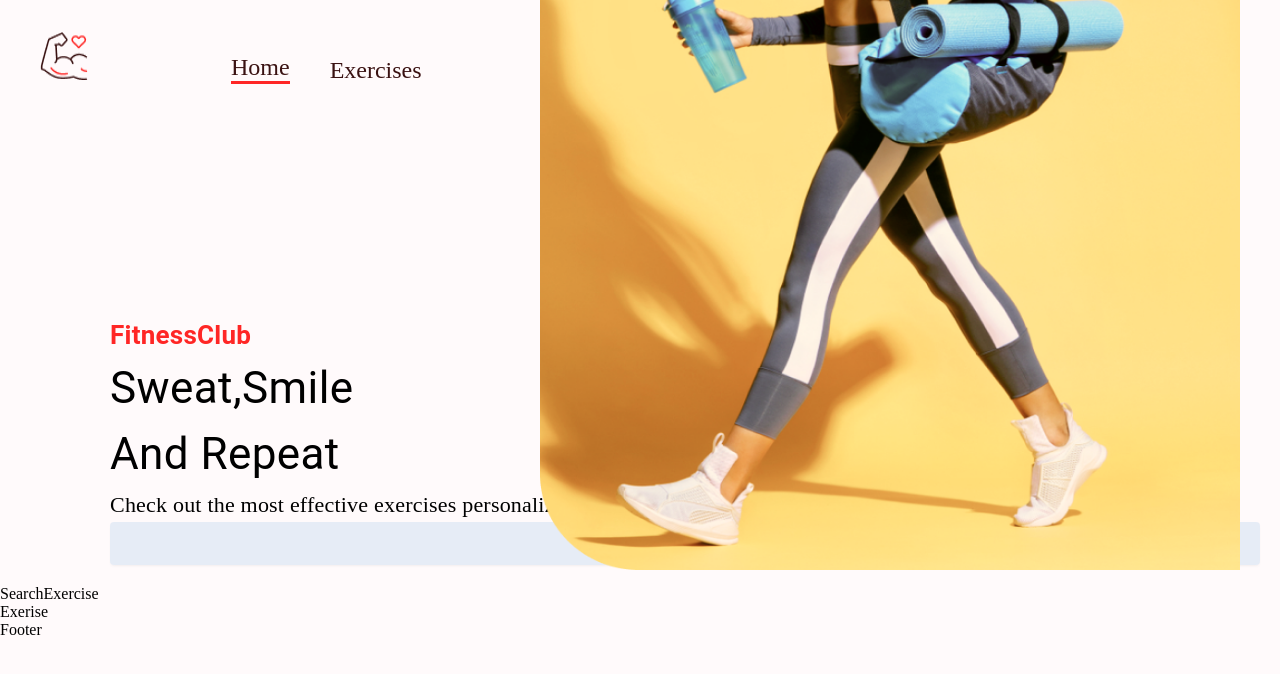
Repository: OmniaRafat232111121/Fitness
Page: /
An editor plug-in stored every save of this project. The page is shown before and after a run of saves, followed by the edit.
The browser window is 1280 px wide. The pictures show the whole page.
The project was rebuilt for these pictures with package versions that can differ from the ones it lists, and the page was loaded fresh each time. Also part of the build but not shown: src/Pags/ExerciseDetail.js.

Above is the page before, as saved 2022-07-14 00:48:40.

### src/index.js
import React from 'react';
import ReactDOM from 'react-dom/client';
import {
  BrowserRouter,

} from 'react-router-dom';
import App from './App';


const root = ReactDOM.createRoot(document.getElementById('root'));
root.render(
  <BrowserRouter >
  <App />
  </BrowserRouter>


);

### src/App.js
import React from 'react'
import {Route,Routes} from"react-router-dom"
import {Box} from'@mui/material'
import './App.css'
import Navbar from './components/Navbar'
import Home from './Pags/Home'
import ExerciseDetail from './Pags/ExerciseDetail'
import Footer from './components/Footer'
const App = () => {
  return (
<Box width ="400px" sx={{width:{xl:'1488px'}}} m="auto">
<Navbar />
<Routes>
<Route path="/"  element={<Home/>}/>
<Route path="/exercise:id"  element={<ExerciseDetail />}/>
</Routes>
<Footer />
</Box>
  )
}

export default App

### src/components/Navbar.js
import React from 'react'
import {Link} from 'react-router-dom'
import {Stack} from '@mui/material'
import Logo from '../assets/images/Logo.png'
const Navbar = () => (

    <Stack direction="row" justifyContent="space-around" sx={{ gap: { sm: '123px', xs: '40px' }, mt: { sm: '32px', xs: '20px' }, justifyContent: 'none' }} px="20px">
    <Link to="/">
      <img src={Logo} alt="logo" style={{ width: '48px', height: '48px', margin: '0px 20px' }} />
    </Link>
    <Stack
      direction="row"
      gap="40px"
      fontFamily="Alegreya"
      fontSize="24px"
      alignItems="flex-end"
    >
      <Link to="/" style={{ textDecoration: 'none', color: '#3A1212', borderBottom: '3px solid #FF2625' }}>Home</Link>
      <a href="#exercises" style={{ textDecoration: 'none', color: '#3A1212' }}>Exercises</a>
    </Stack>
  </Stack>
  );


export default Navbar

### src/Pags/Home.js
import React from 'react'
import {Box} from '@mui/material'
import HeroBanner from '../components/HeroBanner'
import SearchExercise from '../components/SearchExercise'
import Exerise from '../components/Exerise'
const Home = () => {
  return (
  <Box>
  <HeroBanner />
   <SearchExercise />
   <Exerise />
  </Box>
  );
}

export default Home

### src/components/HeroBanner.js
import React from 'react'
import {Box,Stack,Typography,Button} from '@mui/material'
import HeroBannerImage from  '../assets/images/banner.png'
const HeroBanner = () => {
  return (
   <Box sx={{
    mt:{lg:'212px',xs:'70px'},
    ml:{sm:'90px'}
   }} position="realtive"  p="20px">
   <Typography color="#FF2625" fontWeight="600" fontSize="26px">FitnessClub</Typography>
   <Typography fontweight={700} sx={{fontSize:{lg:'44px',xs:'40px'}}}> Sweat,Smile<br />
   And Repeat  </Typography>
 <Typography style={{fontSize:'22px' ,fontFamily:"Alegreya", lineHeight:"35px"}}>
   Check out the most effective exercises personalized to you
   </Typography>

   <Stack>
   <Button  variant="contained" size="small" style={{color:"#FF2625", fontWeight:"600px",fontSize:'20px'}} sx={{opacity:'0.1',display:{lg:'block',xs:'none'}}}>Explore Exercise</Button>
   </Stack>

   <img src={HeroBannerImage} alt="hero-banner" className="hero-banner-img" />
   </Box>
  )
}

export default HeroBanner

### src/components/SearchExercise.js
import React from 'react'

const SearchExercise = () => {
  return (
    <div>SearchExercise</div>
  )
}

export default SearchExercise

### src/components/Exerise.js
import React from 'react'

const Exerise = () => {
  return (
    <div>Exerise</div>
  )
}

export default Exerise

Loaded but not shown: public/index.html (common file); src/App.css (common file); src/components/Footer.js (common file)

After the next 7 saves:
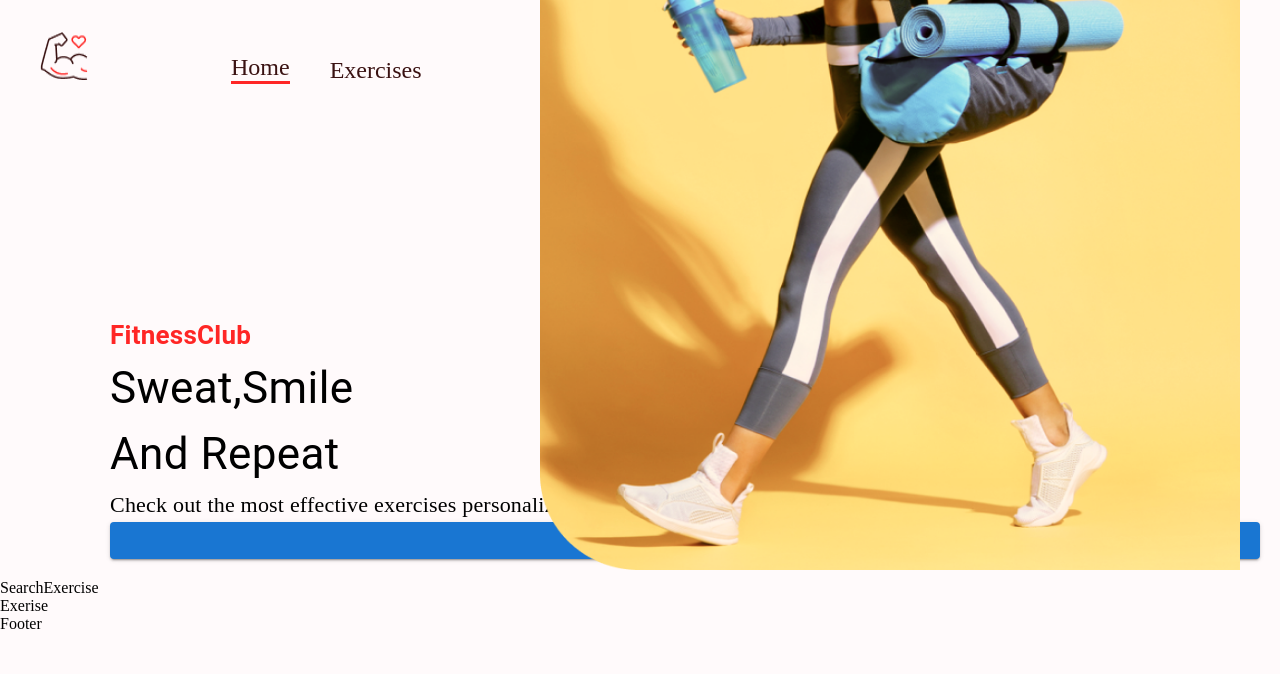
The 7 saves are shown as one change because 2 did not build or start and some came seconds apart.
The last was saved 60 s later.
--- a/src/components/HeroBanner.js
+++ b/src/components/HeroBanner.js
@@ -15,7 +15,7 @@ const HeroBanner = () => {
    </Typography>
 
    <Stack>
-   <Button  variant="contained" size="small" style={{color:"#FF2625", fontWeight:"600px",fontSize:'20px'}} sx={{opacity:'0.1',display:{lg:'block',xs:'none'}}}>Explore Exercise</Button>
+   <Button  variant="contained" >Explore Exercise</Button>
    </Stack>
 
    <img src={HeroBannerImage} alt="hero-banner" className="hero-banner-img" />
